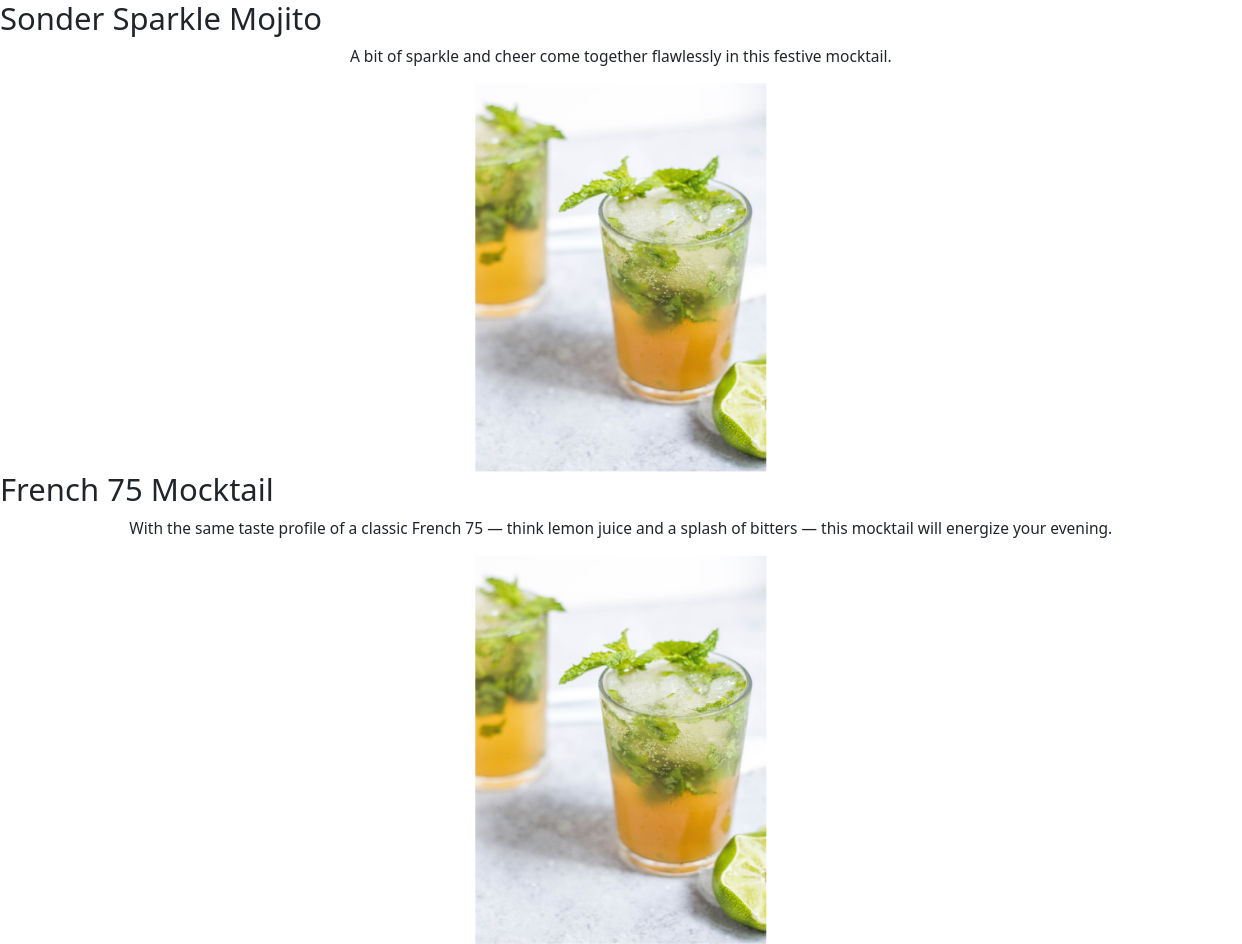
Repository: Flatbook/sliced_bread
Page: http://localhost/
These files come from the project's save history. The page is drawn as it stood at one moment and after the next save; the edit follows.
The browser window is 1280 px wide. The pictures show the whole page, at 97% of full size.
Some web libraries are served in a nearby version. The page is served by the project's application, run on Flask 3 (app.py).

Above is the page before, as saved 2021-05-15 23:21:20.

After the next save:
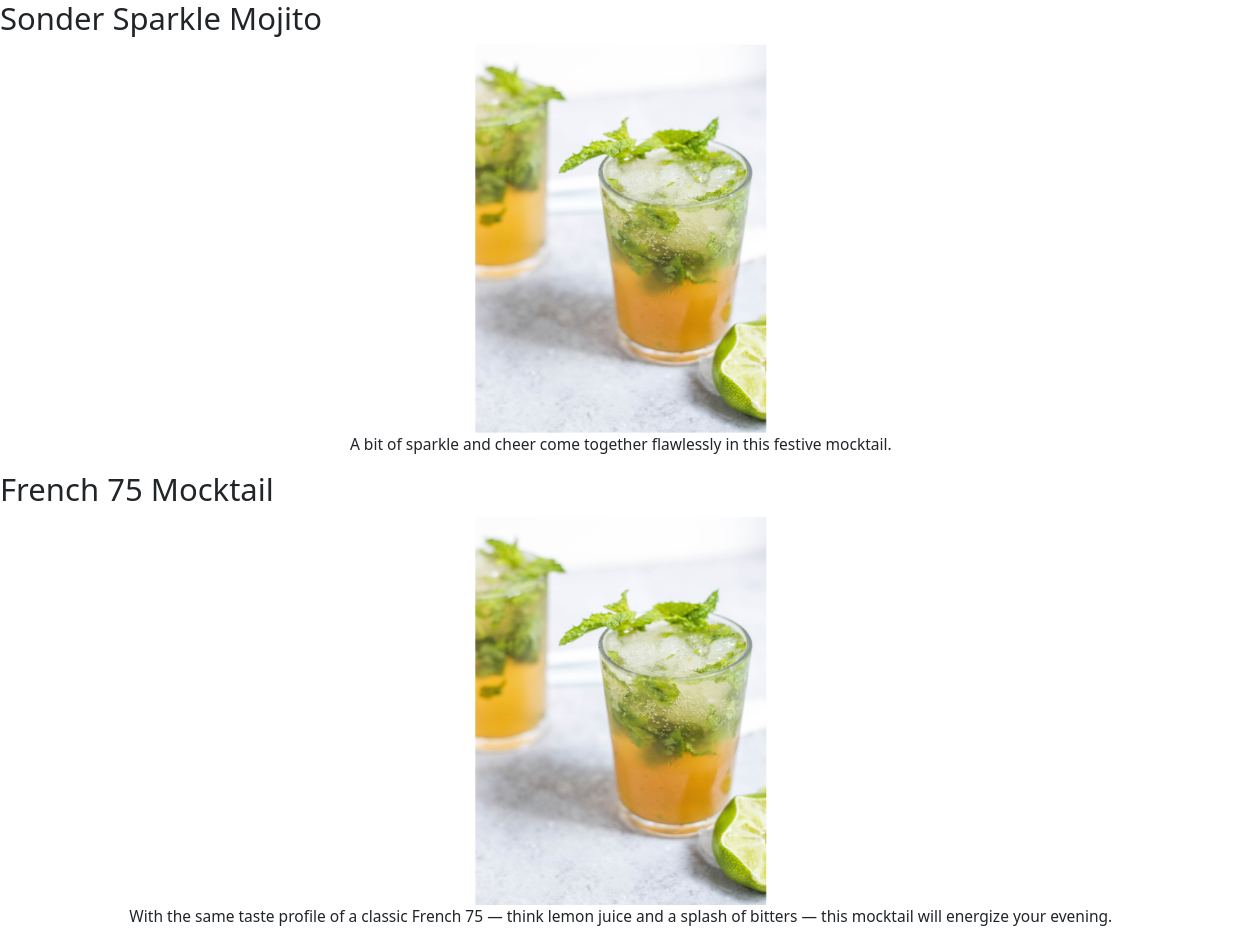
Saved 20 s later.
--- a/flask_project/templates/home.html
+++ b/flask_project/templates/home.html
@@ -2,7 +2,8 @@
 {% block content %}
     {% for drink in drinks %}
         <h2 class=".text-center">{{drink.title}}</h2>
+        <img src="{{ user_image }}" width="300" height="400" class="mx-auto d-block"/>
+
         <p style="text-align: center">{{drink.description}}</p>
-        <img src="{{ user_image }}" width="300" height="400" class="mx-auto d-block"/>
     {% endfor %}
 {% endblock %}
